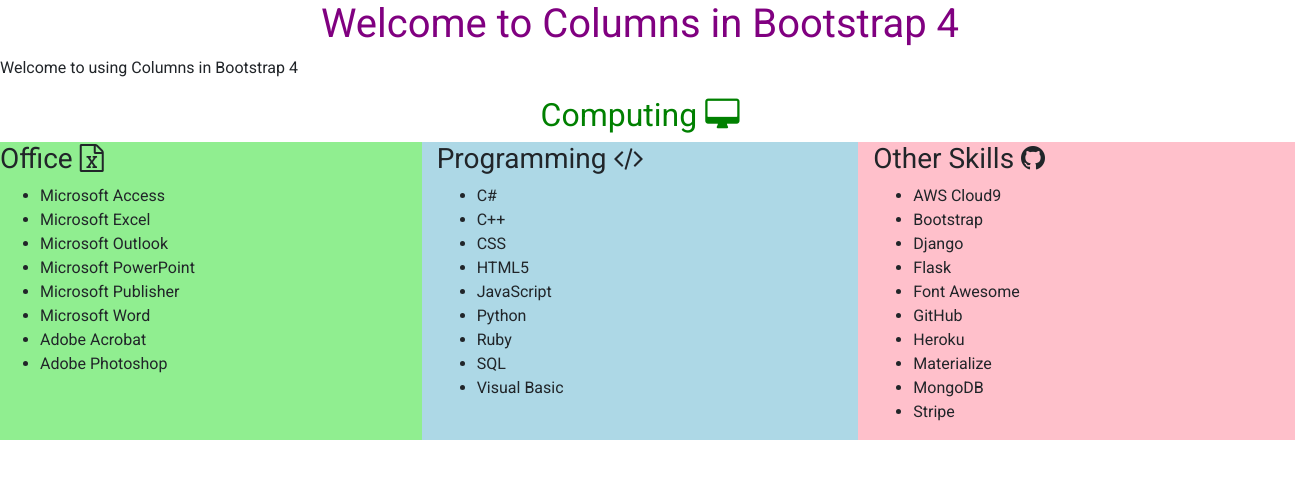
Repository: derektypist/columns-in-bootstrap-4
Page: index.html
The author's editor kept a record of every edit. The page is drawn from the files as they stood at one moment, then again after the next edit.
The browser window is 1280 px wide. The page is 1295 px wide, so the pictures cover 1295 px, including what lies to the right of the window. The pictures show the whole page.

Above is the page before.

### index.html
<!DOCTYPE html>
<html lang="en">

<head>
    <meta charset="UTF-8">
    <meta name="viewport" content="width=device-width, initial-scale=1.0">
    <meta http-equiv="X-UA-Compatible" content="ie=edge">
    <title>Columns in Bootstrap 4</title>
    <!-- Load Style Sheets -->
    <link rel="stylesheet" href="https://maxcdn.bootstrapcdn.com/bootstrap/4.3.1/css/bootstrap.min.css" integrity="sha384-ggOyR0iXCbMQv3Xipma34MD+dH/1fQ784/j6cY/iJTQUOhcWr7x9JvoRxT2MZw1T" crossorigin="anonymous">
    <link rel="stylesheet" href="https://maxcdn.bootstrapcdn.com/font-awesome/4.7.0/css/font-awesome.min.css" type="text/css" />
    <link href="https://fonts.googleapis.com/css?family=Roboto&display=swap" rel="stylesheet">
    <link href="style.css" rel="stylesheet">
</head>

<body>
    <!-- Apply Header -->
    <header>
        <h1>Welcome to Columns in Bootstrap 4</h1>
        <p>Welcome to using Columns in Bootstrap 4</p>
    </header>

    <!-- Apply Sections -->
    <section>
        <h2>Computing <i class="fa fa-desktop" aria-hidden="true"></i></h2>

        <!-- Set Up Row -->
        <article class="row">
            <!-- Set Up Article for Office -->
            <article class="col-sm-4 office">
                <h3>Office <i class="fa fa-file-excel-o" aria-hidden="true"></i></h3>
                <ul>
                    <li>Microsoft Access</li>
                    <li>Microsoft Excel</li>
                    <li>Microsoft Outlook</li>
                    <li>Microsoft PowerPoint</li>
                    <li>Microsoft Publisher</li>
                    <li>Microsoft Word</li>
                    <li>Adobe Acrobat</li>
                    <li>Adobe Photoshop</li>
                </ul>
            </article>

            <!-- Set Up Article for Programming -->
            <article class="col-sm-4 programming">
                <h3>Programming <i class="fa fa-code" aria-hidden="true"></i></h3>
                <ul>
                    <li>C#</li>
                    <li>C++</li>
                    <li>CSS</li>
                    <li>HTML5</li>
                    <li>JavaScript</li>
                    <li>Python</li>
                    <li>Ruby</li>
                    <li>SQL</li>
                    <li>Visual Basic</li>
                </ul>
            </article>

            <!-- Set Up Article for Other Skills -->
            <article class="col-sm-4 otherskills">
                <h3>Other Skills <i class="fa fa-github" aria-hidden="true"></i></h3>
                <ul>
                    <li>AWS Cloud9</li>
                    <li>Bootstrap</li>
                    <li>Django</li>
                    <li>Flask</li>
                    <li>Font Awesome</li>
                    <li>GitHub</li>
                    <li>Heroku</li>
                    <li>Materialize</li>
                    <li>MongoDB</li>
                    <li>Stripe</li>
                </ul>
            </article>
        </article>
    </section>

</body>

</html>

### style.css
/* Body */

body {
    font-family: "Roboto", Arial, Verdana, sans-serif;
}

/* Header */

h1 {
    color: purple;
    text-align: center;
}

/* Section */

h2 {
    color: green;
    text-align: center;
}

/* Office */

.office {
    background-color: lightgreen;
}

/* Programming */

.programming {
    background-color: lightblue;
}

/* Other Skills */

.otherskills {
    background-color: pink;
}

After the next edit:
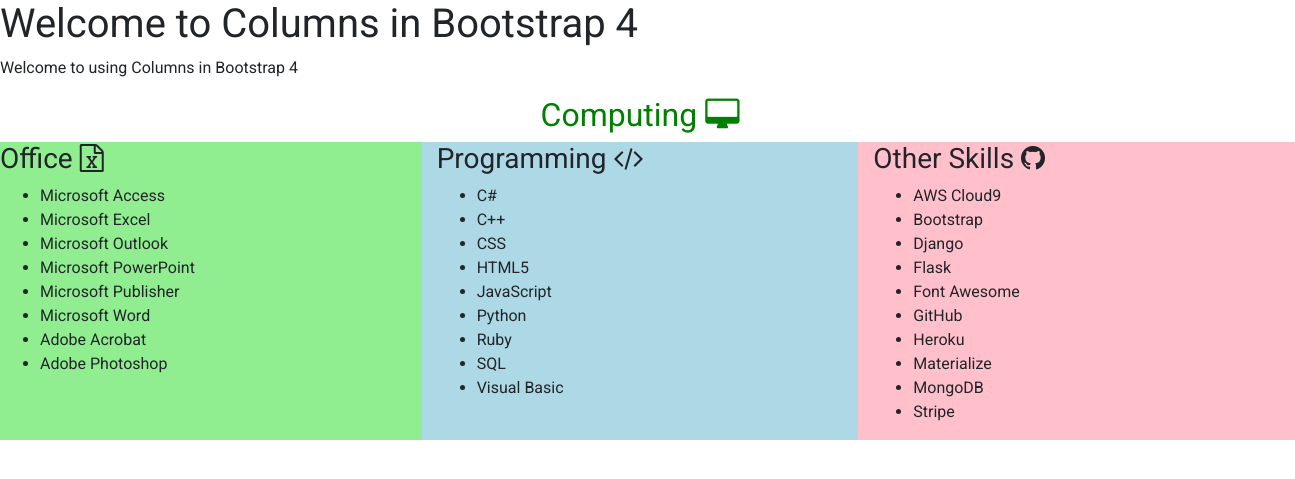
The edit:
--- a/style.css
+++ b/style.css
@@ -6,7 +6,7 @@
 
 /* Header */
 
-h1 {
+#myheader {
     color: purple;
     text-align: center;
 }

After the 2 edits that followed:
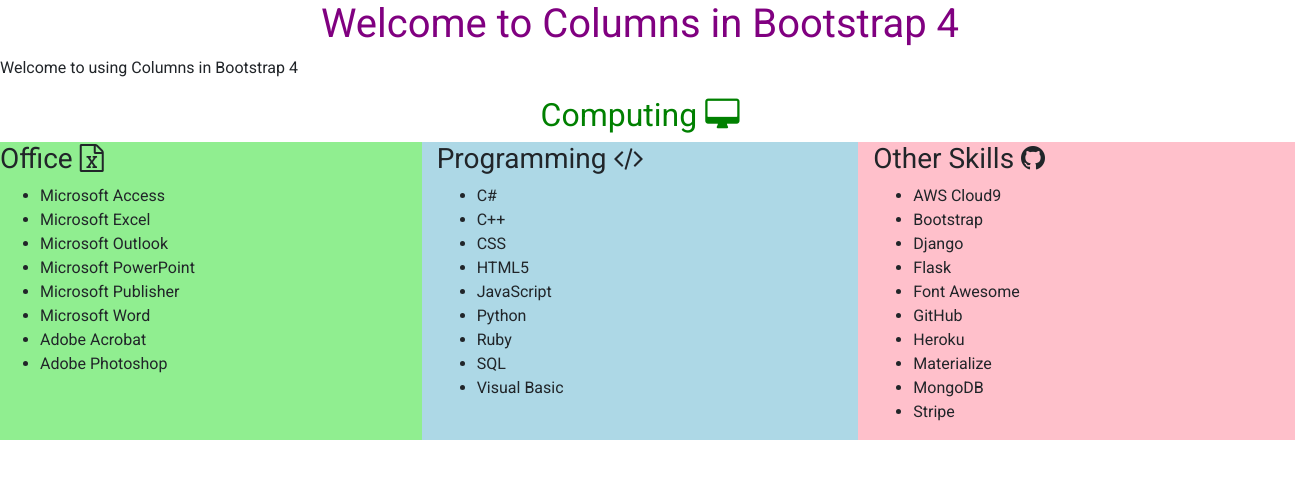
The 2 edits are shown as one change because 1 left the picture as it was.
The edit:
--- a/style.css
+++ b/style.css
@@ -6,8 +6,13 @@
 
 /* Header */
 
-#myheader {
+h1 {
     color: purple;
+    text-align: center;
+}
+
+#myheader p {
+    color: blue;
     text-align: center;
 }
 
